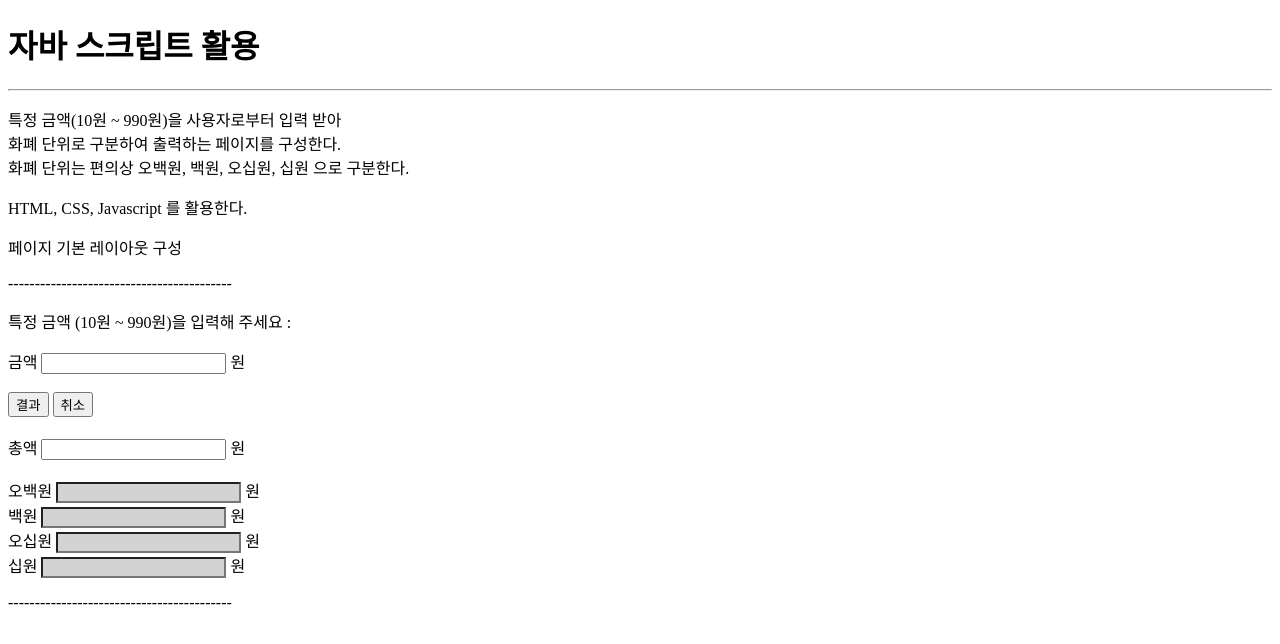
Repository: lolsoyeon/WebStudy
Page: WebApp03/WebContent/Test015_1.html
An editor plug-in stored every save of this project. The page is shown before and after the next save, followed by the edit.
The browser window is 1280 px wide. The pictures show the whole page.

Above is the page before, as saved 2022-09-29 06:05:27.
Console error: TypeError: Cannot read properties of null (reading 'value')

After the next save:
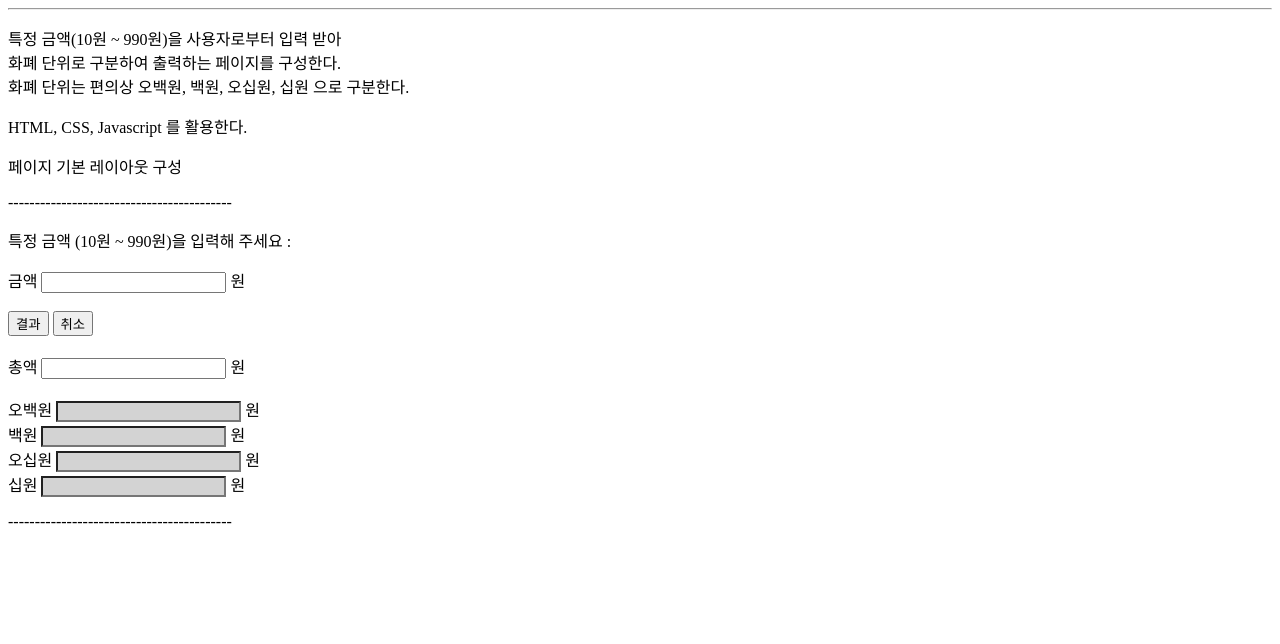
The error is gone.
Saved 63 s later.
--- a/WebApp03/WebContent/Test015_1.html
+++ b/WebApp03/WebContent/Test015_1.html
@@ -11,9 +11,12 @@
 
 <script type="text/javascript">
 
-	// 확인
-	var vInput = document.getElementById("input").value;
-	document.getElementById("inputResult").value = vInput;
+	function vvResult()
+	{
+		var vInput = document.getElementById("input").value;
+		document.getElementById("inputResult").value = vInput;
+
+	}
 
 
 </script>
@@ -23,7 +26,6 @@
 <body>
 
 <div>
-	<h1>자바 스크립트 활용</h1>
 	<hr>
 </div>
 
